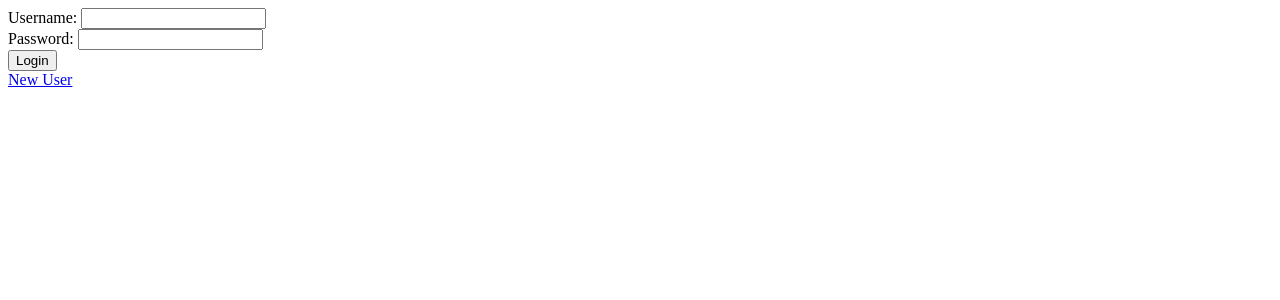
Repository: MohamedUmar083/Project_2
Page: http://localhost/Railway_Crossing_Status/user-login.jsp
The author's editor kept a copy of each file at every save. The page is drawn from the files as they stood at one save, then again after the next save.
The browser window is 1280 px wide. The pictures show the whole page.
The page is served by Tomcat 10.

Above is the page before, as saved 2023-12-22 20:56:04.

After the next save:
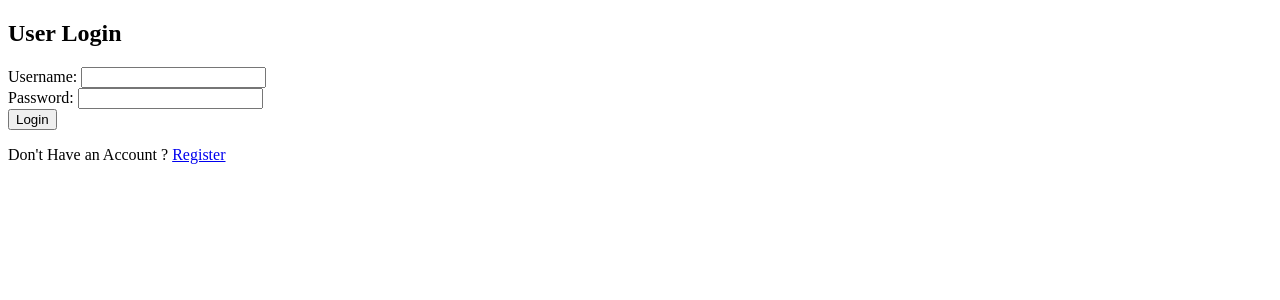
Saved 2 min 43 s later.
--- a/Railway Crossing Status/src/main/webapp/user-login.jsp
+++ b/Railway Crossing Status/src/main/webapp/user-login.jsp
@@ -7,6 +7,7 @@
     <title>User Login</title>
 </head>
 <body>
+ <h2>User Login</h2>
     <form action="user-login" method="post">
         <label for="username">Username:</label>
         <input type="text" id="username" name="username" required><br>
@@ -17,7 +18,7 @@
         <input type="submit" value="Login">
     </form>
 
-    <a href="register.jsp">New User</a>
+    <p>Don't Have an Account ? <a href="register.jsp">Register</a></p>
 
     <% String errorMessage = (String)request.getAttribute("errorMessage");
        if(errorMessage != null) { %>
